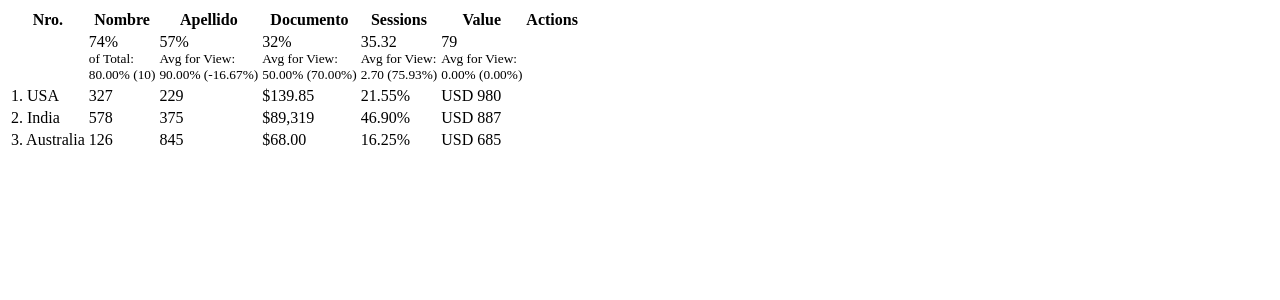
Repository: DA5CH25/kohaku_php
Page: http://localhost/kohaku_php/views/modules/document.php
An editor plug-in stored every save of this project. The page is shown before and after the next save, followed by the edit.
The browser window is 1280 px wide. The pictures show the whole page.
The page is run by PHP 8.4 with error messages shown; the project is at /var/www/html/.

Above is the page before, as saved 2021-05-22 17:17:12.

After the next save:
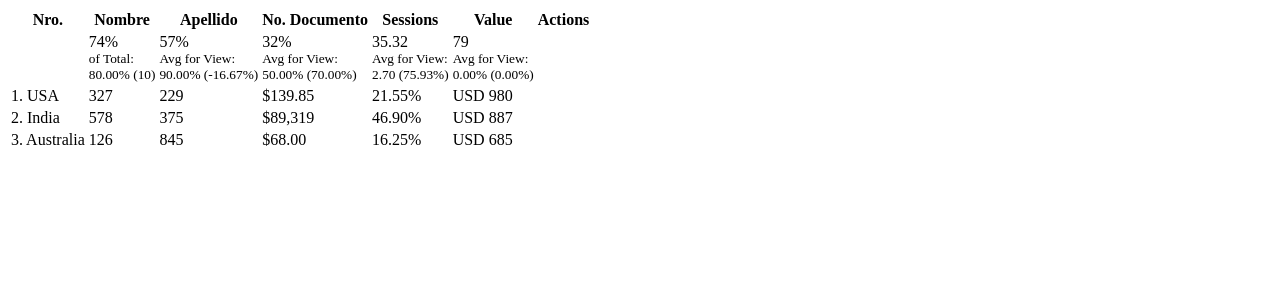
Saved 4 s later.
--- a/views/modules/document.php
+++ b/views/modules/document.php
@@ -6,7 +6,7 @@
 												<th>Nro.</th>
 												<th>Nombre</th>
 												<th>Apellido</th>
-												<th>Documento</th>
+												<th>No. Documento</th>
 												<th>Sessions</th>
 												<th>Value</th>
 												<th>Actions</th>
